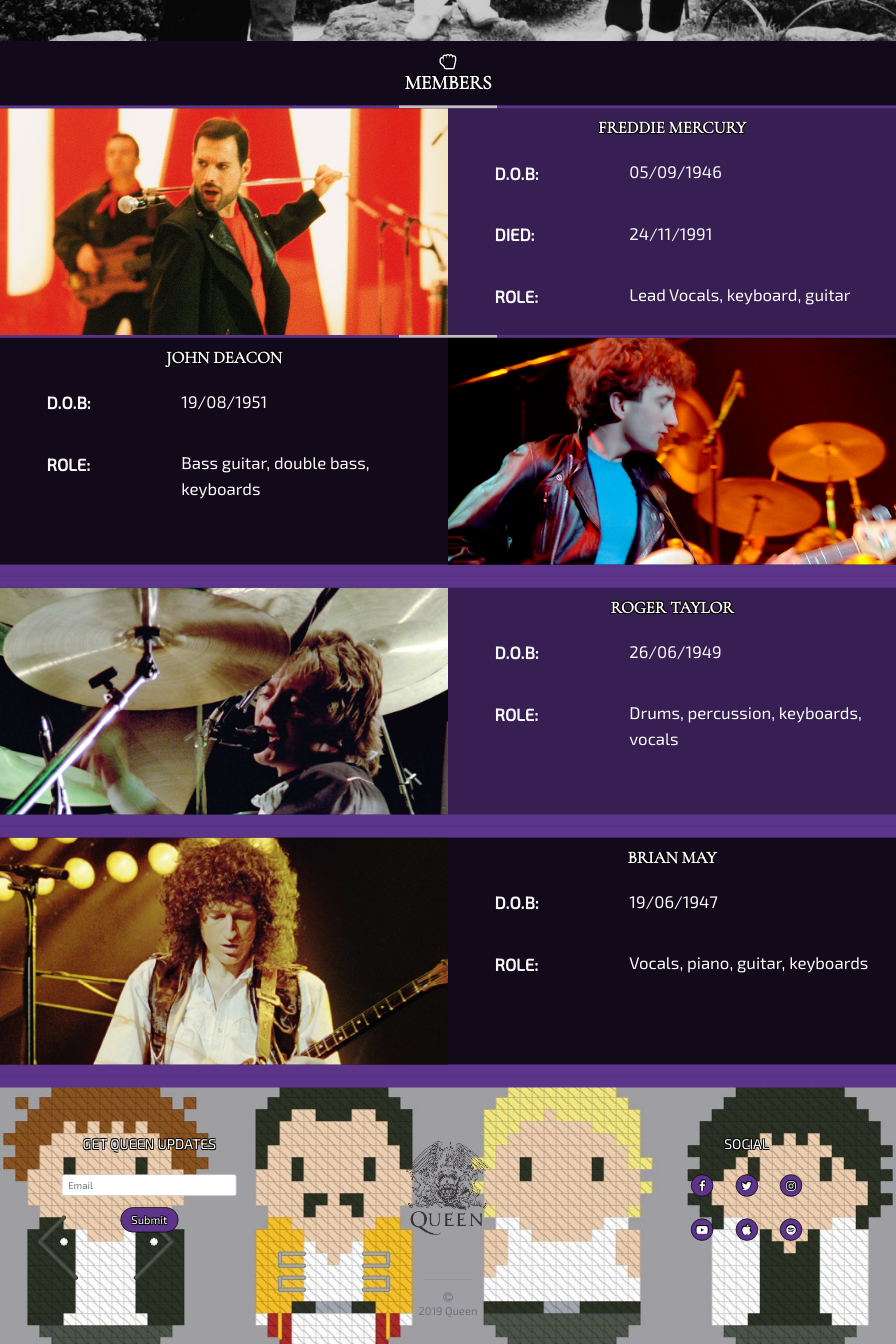
Repository: Olan1/Queen---The-Unofficial-Site
Page: members.html
The author's editor kept a record of every edit. The page is drawn from the files as they stood at one moment, then again after the next edit.
The browser window is 1280 px wide. The pictures show the part of the page from y = 662 to 2582 px (the page is 2582 px tall before and 2553 px after), at 70% of full size.

Above is the page before.

### members.html
<!DOCTYPE html>
<html lang="en">

<head>
    <meta charset="UTF-8">
    <meta name="viewport" content="width=device-width, initial-scale=1.0">
    <meta http-equiv="X-UA-Compatible" content="ie=edge">
    <link rel="stylesheet" href="https://stackpath.bootstrapcdn.com/bootstrap/4.3.1/css/bootstrap.min.css">
    <link rel="stylesheet" href="https://stackpath.bootstrapcdn.com/font-awesome/4.7.0/css/font-awesome.min.css">
    <link rel="stylesheet" href="assets/css/style.css">
    <link rel="shortcut icon" href="assets/images/head/Q.png">
    <!--Source: https://stackoverflow.com/questions/10691021/how-to-insert-logo-with-the-title-of-a-html-page-->
    <title>Members</title>
</head>

<body>
    <!--Header-->
    <header id="home" class="container-fluid members-header-container text-outline">
        <nav class="navbar navbar-light nav-bg-color fixed-top">
            <a href="index.html" class="navbar-brand" data-toggle="tooltip" title="Home">
                <img class="img-fluid" src="assets/images/header/queen-coat-of-arms.png">
                <img class="img-fluid d-none d-sm-inline-block" src="assets/images/header/queen-logo.png">
            </a>
            <button class="navbar-toggler ml-auto mr-2 text-outline" type="button" data-toggle="collapse" data-target="#navbarNavDropdown" aria-controls="navbarNavDropdown" aria-expanded="false" aria-label="Toggle navigation">
                <i class="fa fa-bars"></i>
            </button>
            <div class="collapse navbar-collapse justify-content-end" id="navbarNavDropdown">
                <ul class="navbar-nav mr-2">
                    <li class="nav-item "><a href="index.html" class="nav-link">Home</a></li>
                    <li class="nav-item "><a href="members.html" class="nav-link">Members</a></li>
                    <li class="nav-item"><a href="gallery.html" class="nav-link">Gallery</a></li>
                    <li class="nav-item"><a href="music.html" class="nav-link">Music</a></li>
                    <li class="nav-item"><a href="film.html" class="nav-link">Film</a></li>
                    <li class="nav-item"><a href="store.html" class="nav-link">Store</a></li>
                    <li class="nav-item"><a href="sign-up.html" class="nav-link">Sign Up</a></li>
                </ul>
            </div>
        </nav>
    </header>
    <!-- /.Header -->

    <!--Band Members Section-->
    <section id="members" class="container-fluid members-container">
        <h3 class="uppercase text-outline bg-fade-dark"><i class="fa fa-hand-rock-o" aria-hidden="true"></i>Members</h3>
        <hr class="divider-lg">

        <!--Freddie Mercury-->
        <div class="bg-fade-light">
            <div class="row no-gutters info-container">
                <div class="col-lg-6">
                    <img class="img-fluid" src="assets/images/members/freddie-mercury.png" alt="Freddie Mercury">
                </div>
                <!--Source: Code Institutes front end resume project-->
                <div class="col-lg-6 section-column">
                    <div class="row">
                        <div class="col-12">
                            <h4 class="member-heading uppercase text-outline">
                                Freddie Mercury
                            </h4>
                        </div>
                    </div>
                    <div class="personal-info-item">
                        <div class="key">
                            <p class="uppercase">
                                D.O.B:
                            </p>
                        </div>
                        <div class="value">
                            <p>
                                05/09/1946
                            </p>
                        </div>
                    </div>
                    <div class="personal-info-item">
                        <div class="key">
                            <p class="uppercase">
                                Died:
                            </p>
                        </div>
                        <div class="value">
                            <p>
                                24/11/1991
                            </p>
                        </div>
                    </div>
                    <div class="personal-info-item">
                        <div class="key">
                            <p class="uppercase">
                                Role:
                            </p>
                        </div>
                        <div class="value">
                            <p>
                                Lead Vocals, keyboard, guitar
                            </p>
                        </div>
                    </div>
                </div>
            </div>
        </div>
        <hr class="divider-lg">

        <!--John Deacon-->
        <div class="bg-fade-dark">
            <div class="row no-gutters info-container">
                <div class="col-lg-6 order-lg-2">
                    <img class="img-fluid" src="assets/images/members/john-deacon.png" alt="John Deacon">
                </div>
                <!--Source: Code Institutes front end resume project-->
                <div class="col-lg-6 section-column order-lg-1">
                    <div class="row">
                        <div class="col-12">
                            <h4 class="member-heading uppercase text-outline">
                                John Deacon
                            </h4>
                        </div>
                    </div>
                    <div class="personal-info-item">
                        <div class="key">
                            <p class="uppercase">
                                D.O.B:
                            </p>
                        </div>
                        <div class="value">
                            <p>
                                19/08/1951
                            </p>
                        </div>
                    </div>
                    <div class="personal-info-item">
                        <div class="key">
                            <p class="uppercase">
                                Role:
                            </p>
                        </div>
                        <div class="value">
                            <p>
                                Bass guitar, double bass, keyboards
                            </p>
                        </div>
                    </div>
                </div>
            </div>
        </div>
        <hr>

        <!--Roger Taylor-->
        <div class="bg-fade-light">
            <div class="row no-gutters info-container">
                <div class="col-lg-6">
                    <img class="img-fluid" src="assets/images/members/roger-taylor.png" alt="Roger Taylor">
                </div>
                <!--Source: Code Institutes front end resume project-->
                <div class="col-lg-6 section-column">
                    <div class="row">
                        <div class="col-12">
                            <h4 class="member-heading uppercase text-outline">
                                Roger Taylor
                            </h4>
                        </div>
                    </div>
                    <div class="personal-info-item">
                        <div class="key">
                            <p class="uppercase">
                                D.O.B:
                            </p>
                        </div>
                        <div class="value">
                            <p>
                                26/06/1949
                            </p>
                        </div>
                    </div>
                    <div class="personal-info-item">
                        <div class="key">
                            <p class="uppercase">
                                Role:
                            </p>
                        </div>
                        <div class="value">
                            <p>
                                Drums, percussion, keyboards, vocals
                            </p>
                        </div>
                    </div>
                </div>
            </div>
        </div>
        <hr>

        <!--Brian May-->
        <div class="bg-fade-dark">
            <div class="row no-gutters info-container">
                <div class="col-lg-6">
                    <img class="img-fluid pb-2" src="assets/images/members/brian-may.png" alt="Brian May">
                </div>
                <!--Source: Code Institutes front end resume project-->
                <div class="col-lg-6 section-column">
                    <div class="row">
                        <div class="col-12">
                            <h4 class="member-heading uppercase text-outline">
                                Brian May
                            </h4>
                        </div>
                    </div>
                    <div class="personal-info-item">
                        <div class="key">
                            <p class="uppercase">
                                D.O.B:
                            </p>
                        </div>
                        <div class="value">
                            <p>
                                19/06/1947
                            </p>
                        </div>
                    </div>
                    <div class="personal-info-item">
                        <div class="key">
                            <p class="uppercase">
                                Role:
                            </p>
                        </div>
                        <div class="value">
                            <p>
                                Vocals, piano, guitar, keyboards
                            </p>
                        </div>
                    </div>
                </div>
            </div>
        </div>
        <hr>
    </section>
    <!-- /.Band Members Section-->

    <!--Footer-->
    <footer id="footer" class="container-fluid footer-container">
        <div class="row pt-5">

            <!--Form-->
            <div class="col-sm-4 align-center pb-2 text-outline">
                <h5 class="uppercase text-white pb-4">Get Queen Updates</h5>
                <form class="form-sm justify-content-center inline-block">
                    <div class="form-group">
                        <input type="email" class="form-control form-control-sm" id="emailUpdates" aria-describedby="emailHelp" placeholder="Email">
                    </div>
                    <button type="submit" class="btn my-btn text-outline">Submit</button>
                </form>
                <hr class="divider d-sm-none">
            </div>

            <!--Logo-->
            <div class="col-sm-4 align-center pb-2">
                <a href="#home" data-toggle="tooltip" title="Top">
                    <img class="img-fluid footer-logo" src="assets/images/footer/queen-full-logo.png" alt="image unavailable">
                </a>
                <hr class="divider d-sm-none">
            </div>

            <!--Social-->
            <div class="col-sm-4  align-center pb-2 text-outline">
                <h5 class="uppercase text-white pb-4">Social</h5>
                <ul class="list-inline social-links">
                    <li class="list-inline-item ">
                        <a href="https://www.facebook.com/Queen/" target="_blank">
                            <i class="fa fa-facebook"></i>
                            <span class="sr-only">Facebook</span>
                        </a>
                    </li>
                    <li class="list-inline-item">
                        <a href="https://twitter.com/QueenWillRock?ref_src=twsrc%5Egoogle%7Ctwcamp%5Eserp%7Ctwgr%5Eauthor" target="_blank">
                            <i class="fa fa-twitter"></i>
                            <span class="sr-only">Twitter</span>
                        </a>
                    </li>
                    <li class="list-inline-item">
                        <a href="https://www.instagram.com/officialqueenmusic/" target="_blank">
                            <i class="fa fa-instagram"></i>
                            <span class="sr-only">Instagram</span>
                        </a>
                    </li>
                </ul>
                <ul class="list-inline social-links">
                    <li class="list-inline-item">
                        <a href="https://www.youtube.com/user/queenofficial/videos?app=desktop" target="_blank">
                            <i class="fa fa-youtube-play"></i>
                            <span class="sr-only">YouTube</span>
                        </a>
                    </li>
                    <li class="list-inline-item">
                        <a href="https://music.apple.com/us/artist/queen/3296287" target="_blank">
                            <i class="fa fa-apple"></i>
                            <span class="sr-only">Apple Music</span>
                        </a>
                    </li>
                    <li class="list-inline-item">
                        <a href="https://open.spotify.com/artist/1dfeR4HaWDbWqFHLkxsg1d" target="_blank">
                            <i class="fa fa-spotify"></i>
                            <span class="sr-only">Spotify</span>
                        </a>
                    </li>
                </ul>
                <hr class="divider d-sm-none">
            </div>

            <div class="col align-center">
                <hr class="d-none d-sm-block divider">
                <p class="text-muted"><i class="fa fa-copyright"></i> 2019 Queen</p>
            </div>
        </div>
    </footer>
    <!-- /.Footer-->

    <script src="https://code.jquery.com/jquery-3.3.1.slim.min.js" integrity="sha384-q8i/X+965DzO0rT7abK41JStQIAqVgRVzpbzo5smXKp4YfRvH+8abtTE1Pi6jizo" crossorigin="anonymous"></script>
    <script src="https://cdnjs.cloudflare.com/ajax/libs/popper.js/1.14.7/umd/popper.min.js" integrity="sha384-UO2eT0CpHqdSJQ6hJty5KVphtPhzWj9WO1clHTMGa3JDZwrnQq4sF86dIHNDz0W1" crossorigin="anonymous"></script>
    <script src="https://stackpath.bootstrapcdn.com/bootstrap/4.3.1/js/bootstrap.min.js" integrity="sha384-JjSmVgyd0p3pXB1rRibZUAYoIIy6OrQ6VrjIEaFf/nJGzIxFDsf4x0xIM+B07jRM" crossorigin="anonymous"></script>
</body>

</html>

Loaded but not shown: assets/css/style.css (686 lines, source omitted)

After the next edit:
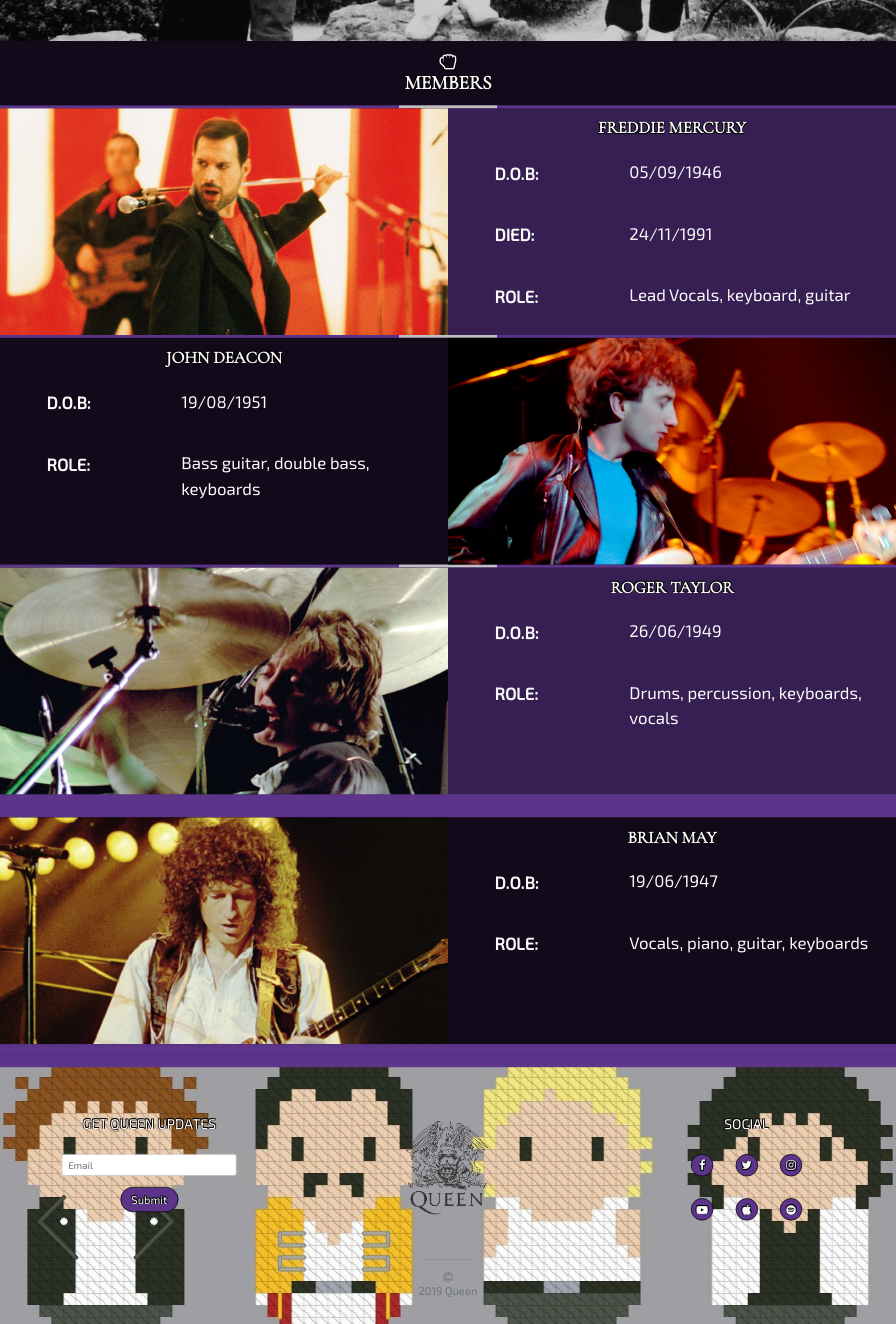
The edit:
--- a/members.html
+++ b/members.html
@@ -142,7 +142,7 @@
                 </div>
             </div>
         </div>
-        <hr>
+        <hr class="divider-lg">
 
         <!--Roger Taylor-->
         <div class="bg-fade-light">
